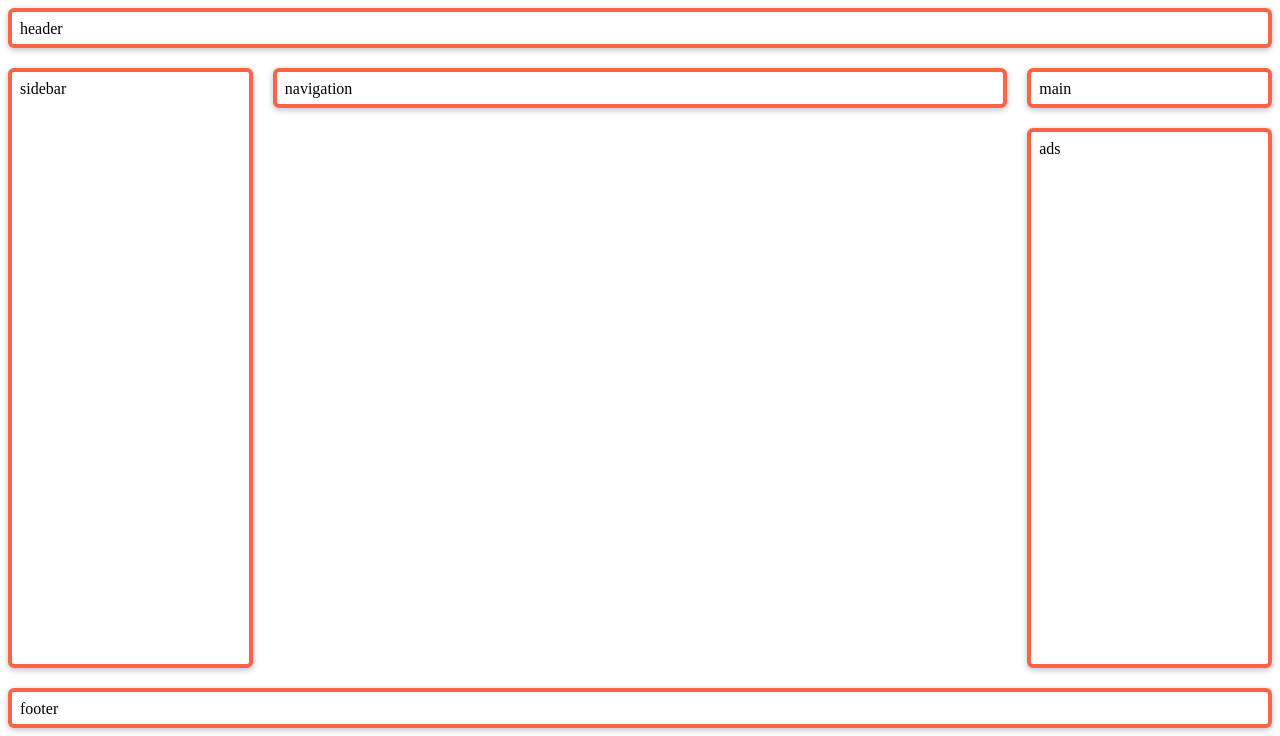
Repository: cokoduwa/css-layouts
Page: grid-exercises/03-page-layout/layout.html
The author's editor kept a copy of each file at every save. The page is drawn from the files as they stood at one save, then again after the next save.
The browser window is 1280 px wide. The pictures show the whole page.

Above is the page before, as saved 2022-09-30 22:15:09.

After the next save:
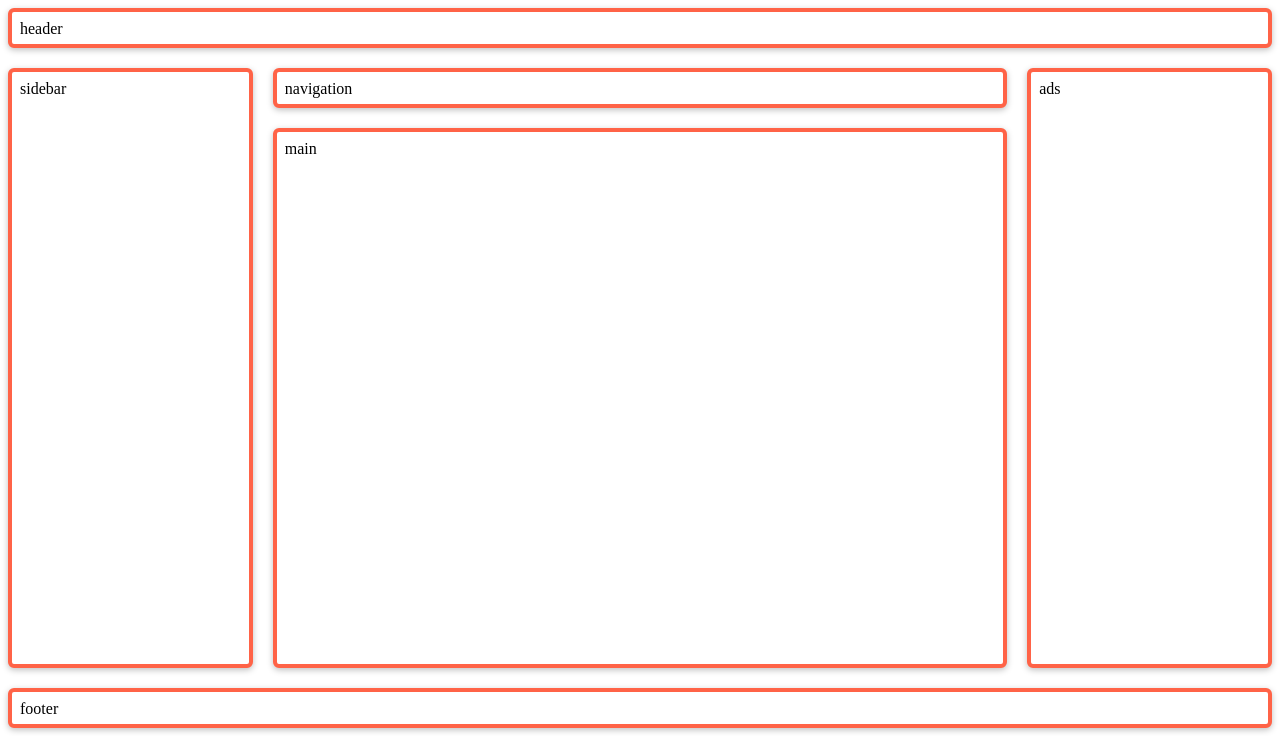
Saved 39 s later.
--- a/grid-exercises/03-page-layout/style.css
+++ b/grid-exercises/03-page-layout/style.css
@@ -37,6 +37,8 @@
 
 .ads {
   grid-column-start: 3;
+  grid-row-start: 2;
+  grid-row-end: 4;
 }
 
 .footer {
